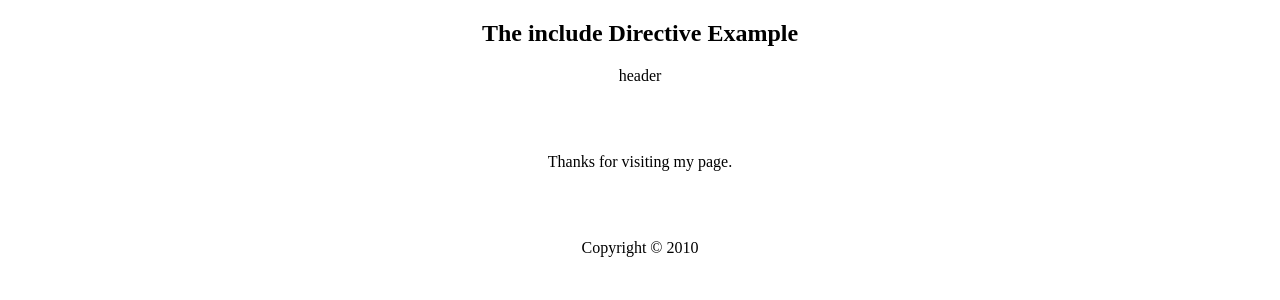
Repository: movitkr/testjava
Page: http://localhost/JavaSP/
The author's editor kept a copy of each file at every save. The page is drawn from the files as they stood at one save, then again after the next save.
The browser window is 1280 px wide. The pictures show the whole page.
The page is served by Tomcat 9.

Above is the page before, as saved 2016-02-03 09:26:18.

After the next save:
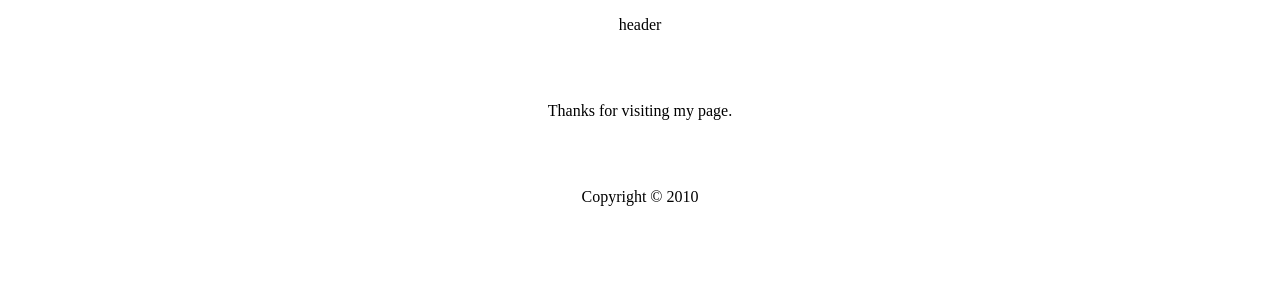
Saved 31 s later.
--- a/JavaSP/WebContent/header.jsp
+++ b/JavaSP/WebContent/header.jsp
@@ -7,7 +7,6 @@
 </head>
 <body>
 <center>
-<h2>The include Directive Example</h2>
 <p>header</p>
 </center>
 <br/><br/>
